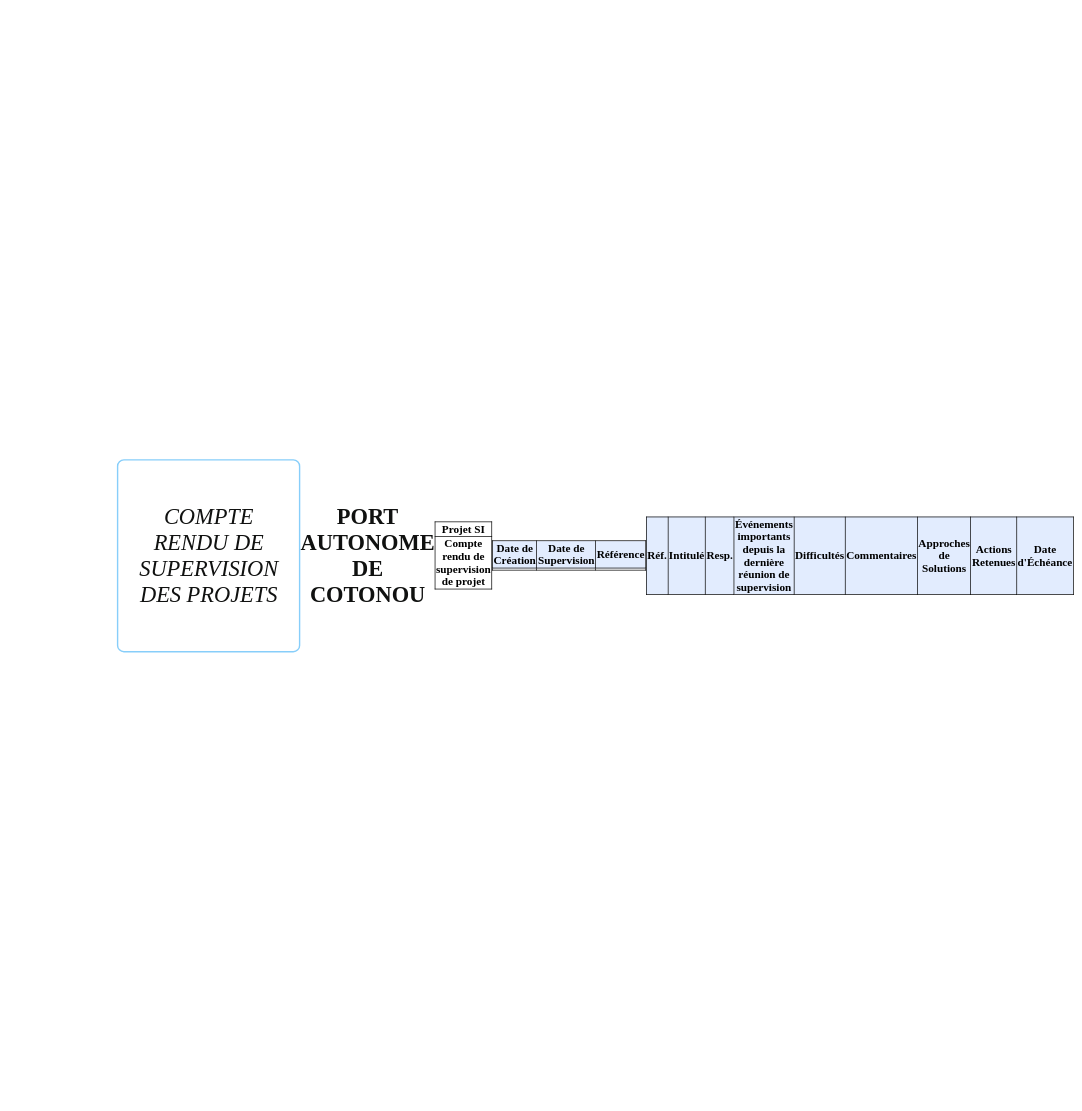
Repository: A2blackMZ/Project
Page: resources/views/report/seanceReport.blade.php
An editor plug-in stored every save of this project. The page is shown before and after the next save, followed by the edit.
The browser window is 1280 px wide. The page is 1534 px wide, then 1545 px, so the pictures cover 1545 px, including what lies to the right of the window. The pictures show the whole page, at 70% of full size.
The page is served by the project's Laravel application, run on PHP 8.4 with Laravel 10. The template is opened directly, without the code that normally fills it, so the values that code supplies are empty.

Above is the page before, as saved 2024-04-04 10:16:29.

After the next save:
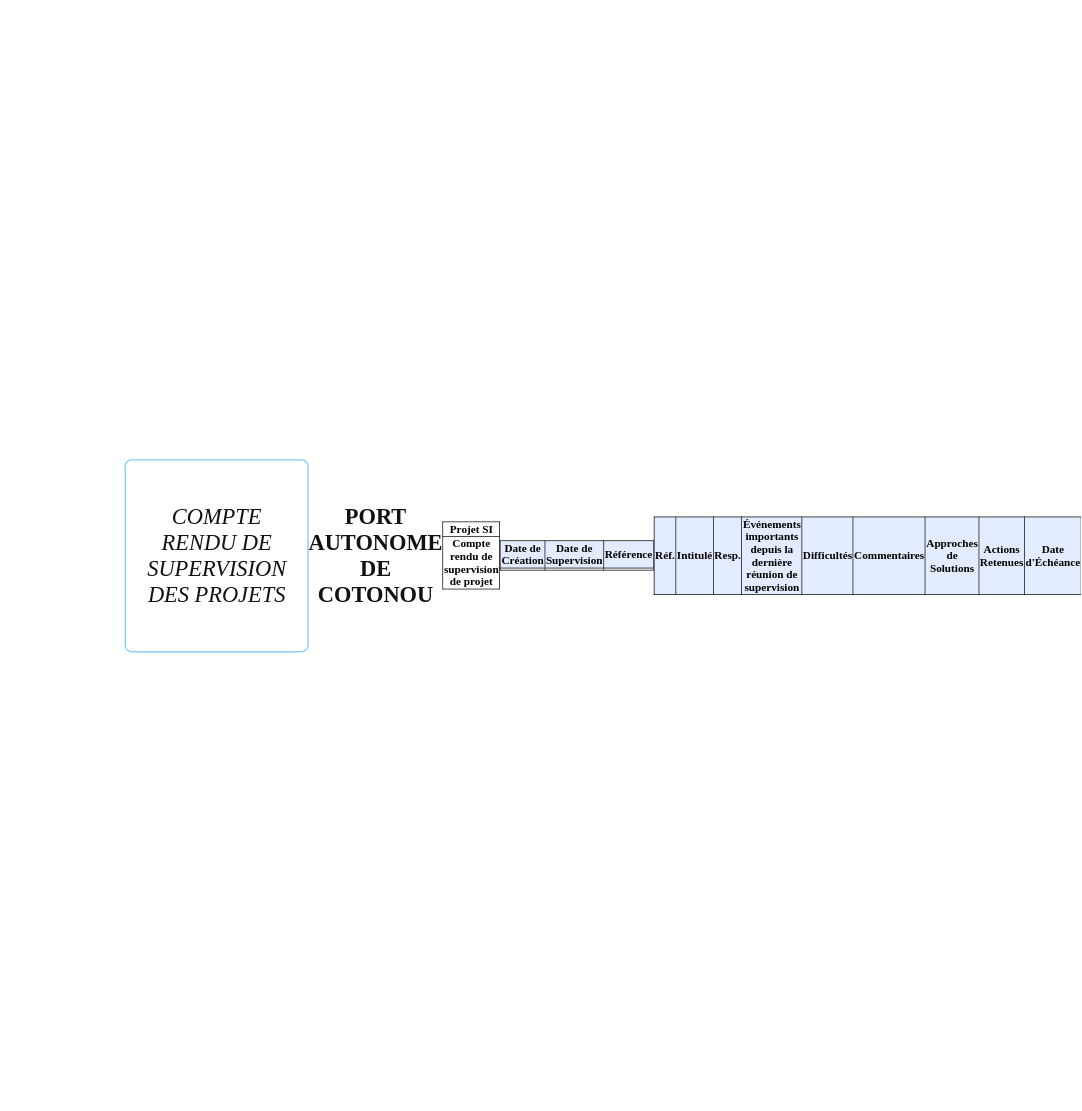
Saved 22 s later.
--- a/resources/views/report/seanceReport.blade.php
+++ b/resources/views/report/seanceReport.blade.php
@@ -37,7 +37,7 @@
             justify-content: center;
             align-items: center;
             height: 100vh;
-            width: 375mm; /* Largeur A3 */
+            width: 380mm; /* Largeur A3 */
             height: 420mm; /* Hauteur A3 */
         }
 
